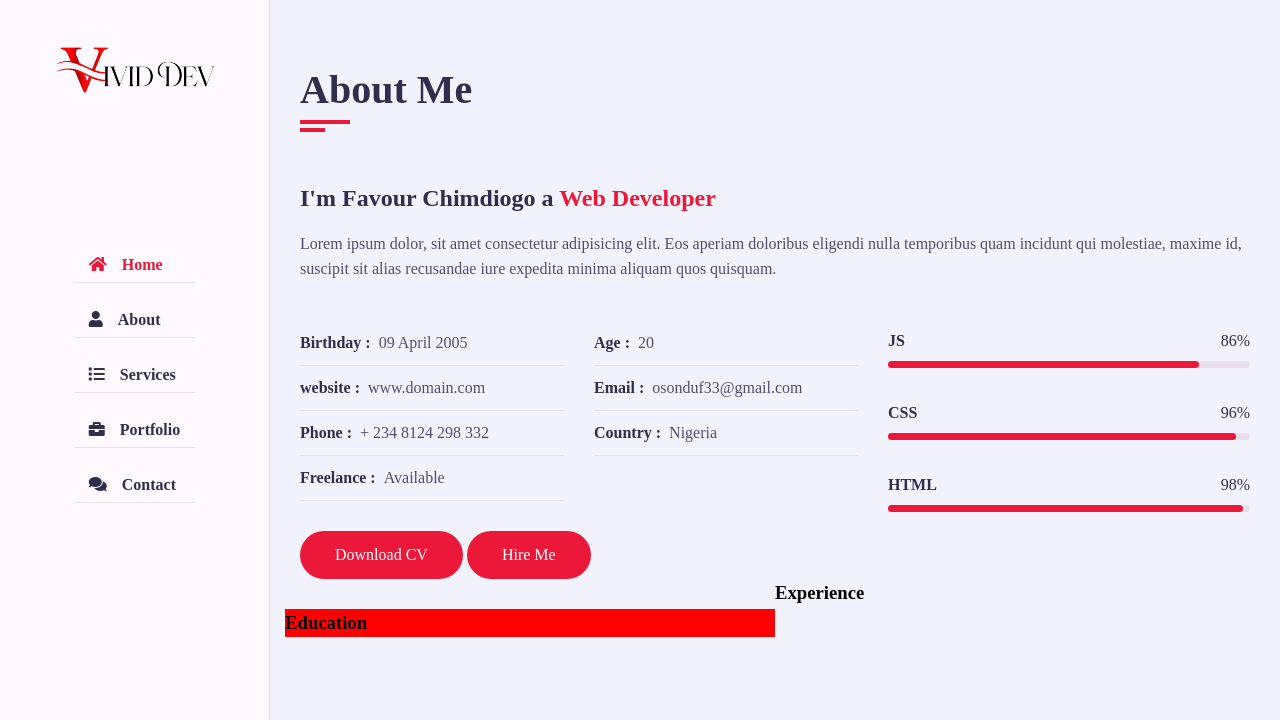
Repository: Big-Fave1/vivid-dev-portfolio
Page: build/index.html
The author's editor kept a copy of each file at every save. The page is drawn from the files as they stood at one save, then again after the next save.
The browser window is 1280 px wide. The pictures show the whole page.
Some web fonts or font styles are not loaded; a fallback is used.

Above is the page before, as saved 2025-05-30 14:44:15.

After the next save:
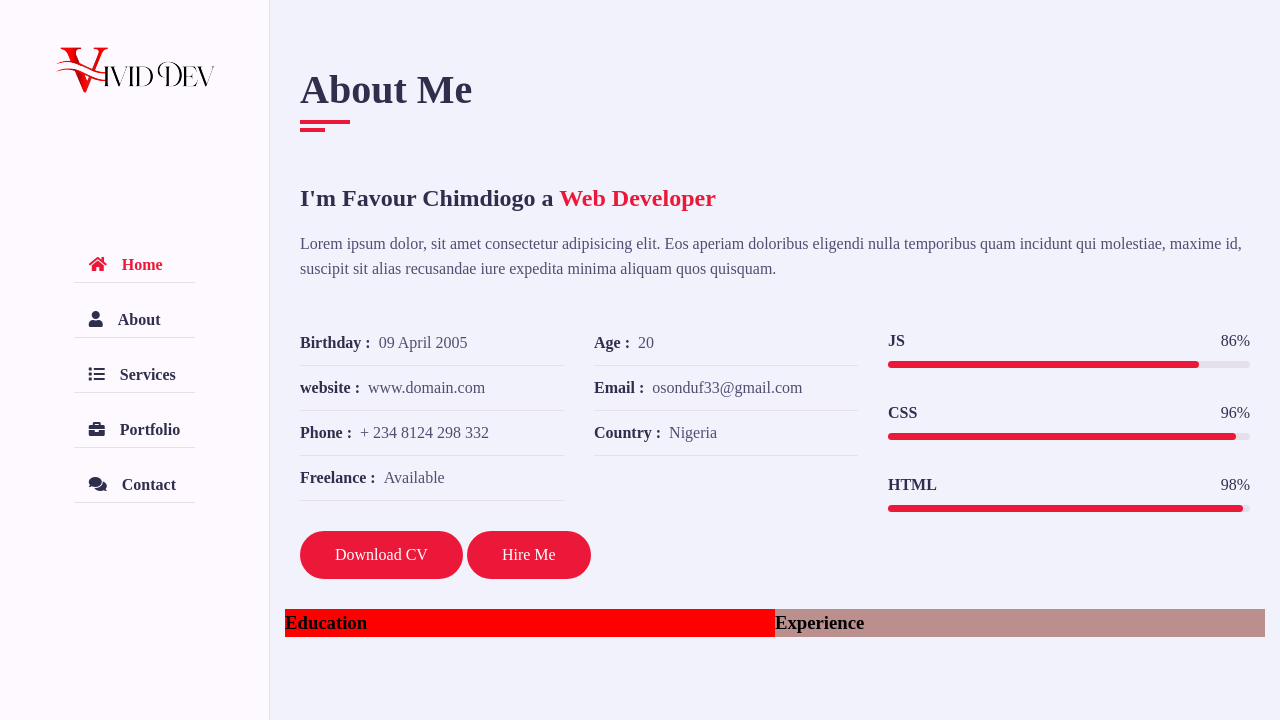
Saved 25 s later.
--- a/build/css/style.css
+++ b/build/css/style.css
@@ -418,14 +418,14 @@ h3.my-profession
     line-height: 40px;
 }
 .about .about-content .education,
-.about .about-content .Experience
+.about .about-content .experience
 {
     flex: 0 0 50%;
     max-width: 50%;
     margin-top: 30px;
     background-color: red;
 }
-.about .about-content .Experience
+.about .about-content .experience
 {
     background-color: rosybrown;
 }
